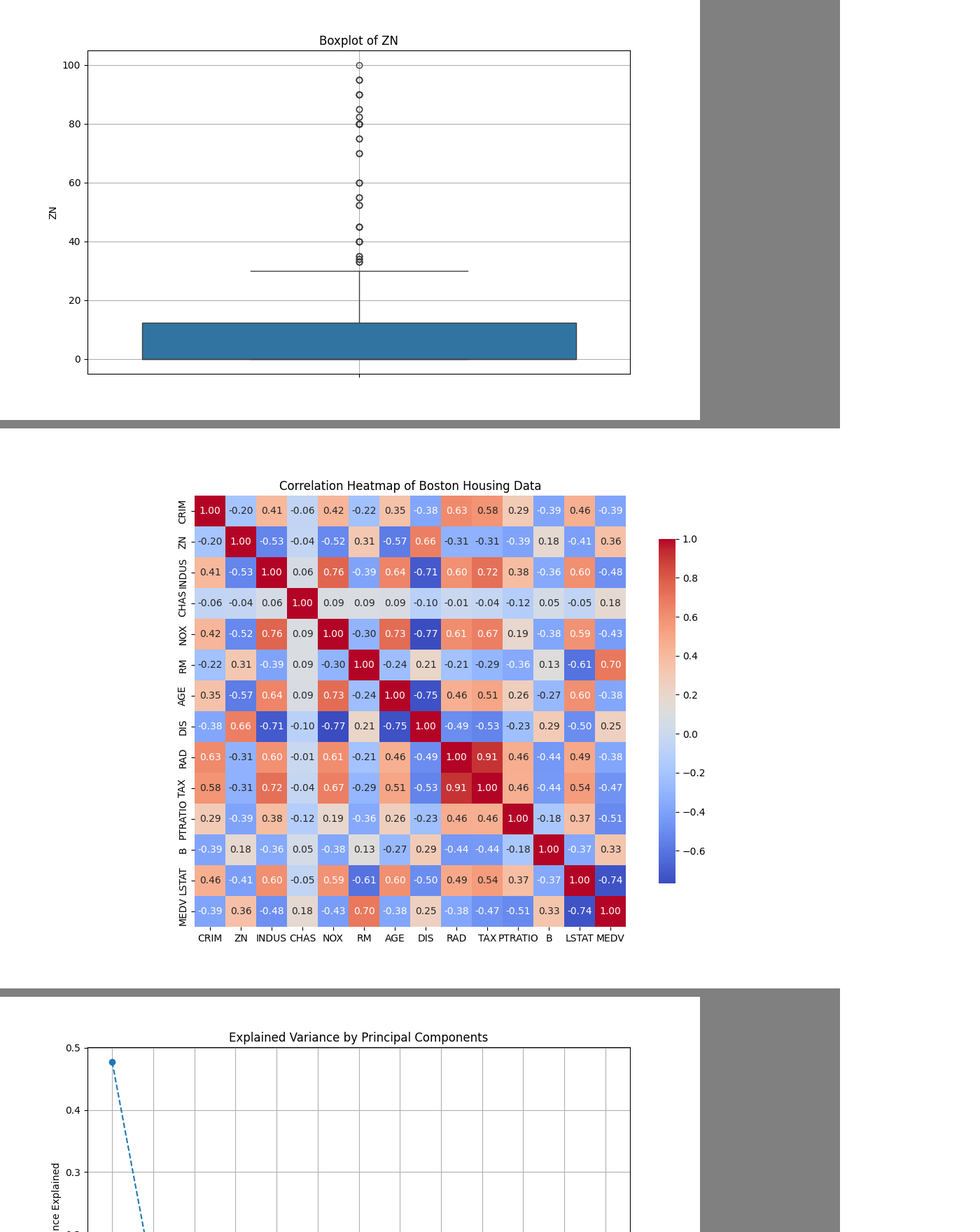
Repository: sjetti5555/GenAi
Script's output: python Training/AllDomains/BostonHouse.py
The author's editor kept a copy of each file at every save. The script's output is drawn from the files as they stood at one save, then again after a run of saves.
The pictures show rows 0 to 1760 of an output 2636 px tall, at 70% of full size.
Each picture stacks the figures in order, with grey between them; figures that are only written to a file come last. Figures wider than 1,400 px are first shrunk to that width. Random numbers start from a fixed seed.

Above is the script's output before, as saved 2024-10-31 12:25:23.

After the next 2 saves:
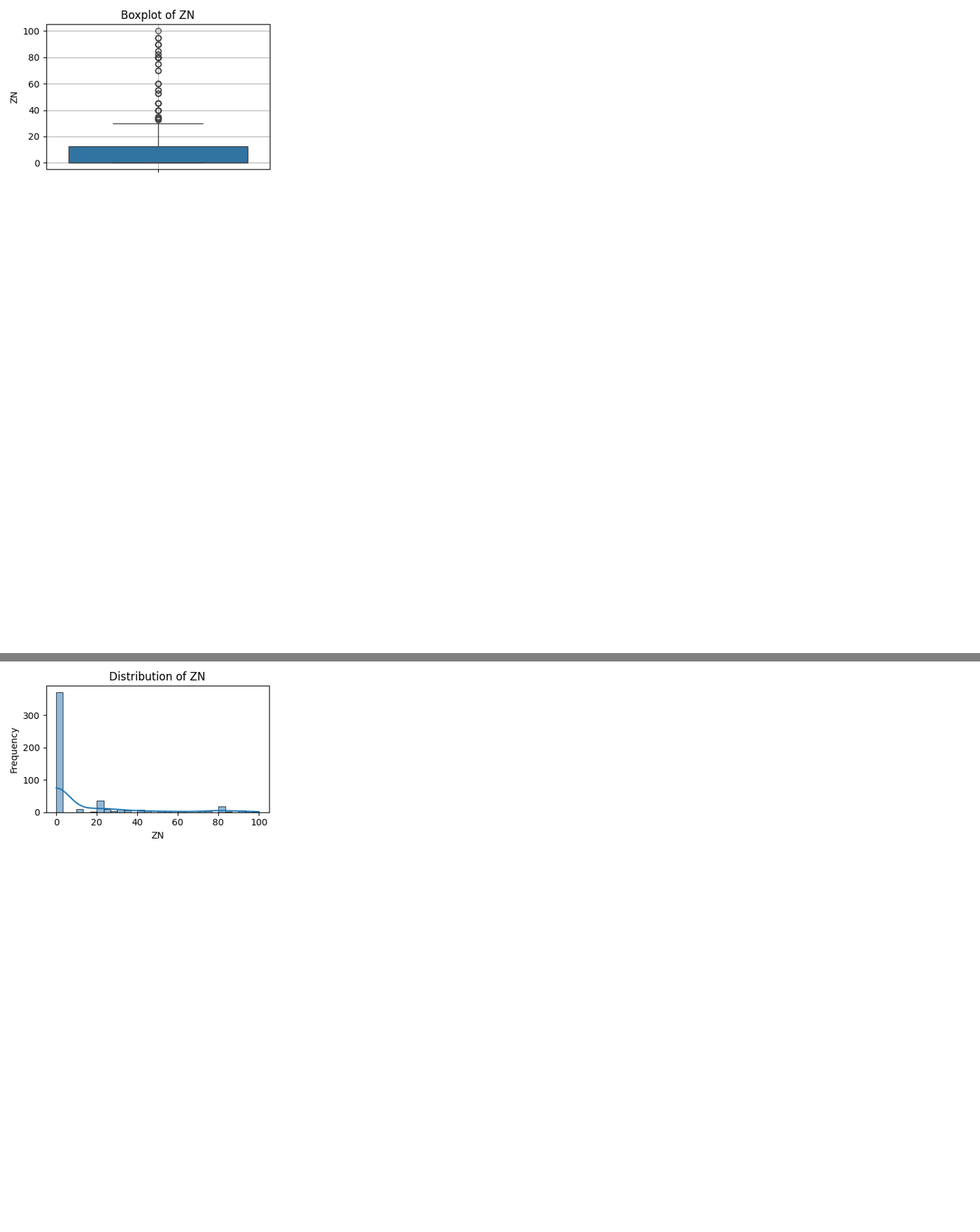
The 2 saves are shown as one change because 1 did not build or start.
The last was saved 11 min 15 s later.
--- a/Training/AllDomains/BostonHouse.py
+++ b/Training/AllDomains/BostonHouse.py
@@ -24,7 +24,6 @@ print(data.describe())
 print(data.dtypes)
 
 # Convert non-numeric columns to numeric if necessary
-# If 'ZN' is a categorical variable, you might want to drop it or convert it
 # For this dataset, 'ZN' should be numeric, so ensure it is treated as such
 data['ZN'] = pd.to_numeric(data['ZN'], errors='coerce')  # Convert to numeric, coercing errors to NaN
 
@@ -35,17 +34,35 @@ data.dropna(inplace=True)
 X = data.drop('CRIM', axis=1)  # Features
 y = data['CRIM']  # Target variable
 
-# Box plots for outliers in all numeric columns
+# Check the data types of X to ensure they are all numeric
+print(X.dtypes)
+
+# Box plots for all numeric columns on a single page
 numeric_columns = data.select_dtypes(include=[np.number]).columns  # Select numeric columns
 
 # Create box plots for each numeric column
-for column in numeric_columns:
-    plt.figure(figsize=(10, 6))
+plt.figure(figsize=(15, 10))
+for i, column in enumerate(numeric_columns, 1):
+    plt.subplot(4, 4, i)  # Adjust the grid size as needed
     sns.boxplot(y=data[column])
     plt.title(f'Boxplot of {column}')
     plt.ylabel(column)
     plt.grid()
-    plt.show()
+
+plt.tight_layout()
+plt.show()
+
+# Distribution plots for all numeric columns on a single page
+plt.figure(figsize=(15, 10))
+for i, column in enumerate(numeric_columns, 1):
+    plt.subplot(4, 4, i)  # Adjust the grid size as needed
+    sns.histplot(data[column], kde=True, bins=30)  # KDE for density estimation
+    plt.title(f'Distribution of {column}')
+    plt.xlabel(column)
+    plt.ylabel('Frequency')
+
+plt.tight_layout()
+plt.show()
 
 # Standardize the features
 scaler = StandardScaler()
